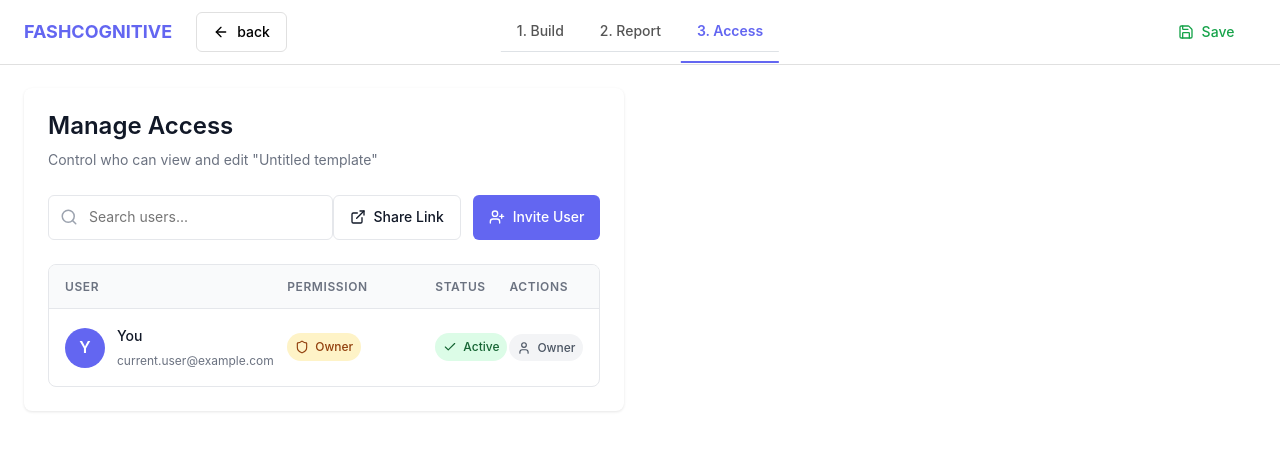
Repository: loganand612/fashcognitive-intern
Page: /ct (app in fash/), after clicking the first element matching `div.nav-tabs > :nth-child(3)`
These files come from the project's save history. The page is drawn as it stood at one moment and after the next save; the edit follows.
The browser window is 1280 px wide. The pictures show the whole page.
The project was rebuilt for these pictures with package versions that can differ from the ones it lists, and the page was loaded fresh each time. Also part of the build but not shown: fash/src/pages/Login.css, fash/src/pages/Register.css, fash/src/pages/Template.css, fash/src/pages/Home.tsx, fash/src/pages/Login.tsx, fash/src/pages/Register.tsx, fash/src/pages/Home2.tsx, fash/src/pages/Dashboard.tsx and 1 more. Imported but missing from the stored project, and not drawn on this page: fash/src/pages/assets/head1.mp4.

Above is the page before, as saved 2025-04-13 22:03:53.

### fash/src/index.tsx
import React from 'react';
import ReactDOM from 'react-dom/client';

// Import third-party styles first
import 'bootstrap/dist/css/bootstrap.min.css';
import '@fortawesome/fontawesome-free/css/all.min.css';

// Import page-specific styles last
import './pages/Home.css';
import './pages/Home2.css';
import './pages/Login.css';
import './pages/Register.css';
import './pages/Dashboard.css';
import './pages/Template.css';
import './pages/Create_template.css';

import App from './App';
import reportWebVitals from './reportWebVitals';

const root = ReactDOM.createRoot(
  document.getElementById('root') as HTMLElement
);
root.render(
  <React.StrictMode>
    <App />
  </React.StrictMode>
);

// If you want to start measuring performance in your app, pass a function
// to log results (for example: reportWebVitals(console.log))
// or send to an analytics endpoint. Learn more: https://bit.ly/CRA-vitals
reportWebVitals();

### fash/src/pages/Home.css
/* Reset & Base Styles */
* {
  margin: 0;
  padding: 0;
  box-sizing: border-box;
  font-family: -apple-system, BlinkMacSystemFont, 'Segoe UI', Roboto, sans-serif;
}

body {
  font-family: -apple-system, BlinkMacSystemFont, 'Segoe UI', Roboto, sans-serif;
  background-color: #f8f9fe;
  color: #1f2937;
  line-height: 1.5;
}

/* Layout */
.page-wrapper {
  min-height: 100vh;
  display: flex;
  flex-direction: column;
}

.content-wrapper {
  display: flex;
  flex: 1;
  position: relative;
}

/* Navigation */
.navbar {
  background: white;
  height: 64px;
  padding: 0 2rem;
  box-shadow: 0 1px 3px rgba(0,0,0,0.1);
  display: flex;
  align-items: center;
  justify-content: space-between;
  position: fixed;
  top: 0;
  left: 0;
  right: 0;
  z-index: 1000;
}

.logo {
  font-weight: bold;
  font-size: 1.5rem;
  color: #302d2d;
  text-decoration: none;
  transition: all 0.3s ease;
}

.logo:hover {
  color: #2563eb;
}

.nav-links {
  display: flex;
  gap: 1rem;
  align-items: center;
}

/* Buttons */
.btn {
  padding: 0.5rem 1rem;
  border-radius: 0.375rem;
  border: none;
  cursor: pointer;
  font-size: 0.875rem;
  font-weight: 500;
  text-decoration: none;
  transition: all 0.3s ease;
}

.btn-primary {
  background: #3b82f6;
  color: white;
}

.btn-primary:hover {
  background: #c0ceec;
}

.btn-secondary {
  background: #ffffff;
  border: 1px solid #e5e7eb;
  color: #4b5563;
}

.btn-secondary:hover {
  background: #d2d5da;
}

/* Language Selector */
.language-select {
  position: relative;
}

.language-btn {
  display: flex;
  align-items: center;
  gap: 0.5rem;
  padding: 0.5rem 1rem;
  border: 1px solid #e5e7eb;
  border-radius: 1.5rem;
  background: white;
  cursor: pointer;
  transition: all 0.3s ease;
}

.language-btn:hover {
  border-color: #3b82f6;
}

.language-dropdown {
  position: absolute;
  top: calc(100% + 0.5rem);
  right: 0;
  background: white;
  border-radius: 0.5rem;
  box-shadow: 0 4px 6px rgba(0,0,0,0.1);
  padding: 0.5rem 0;
  display: none;
  min-width: 150px;
  z-index: 1000;
}

.language-select:hover .language-dropdown {
  display: block;
}

.language-option {
  padding: 0.5rem 1rem;
  cursor: pointer;
  transition: all 0.3s ease;
}

.language-option:hover {
  background: #f8f9fe;
  color: #3b82f6;
}

/* Notification Badge */
.notification-badge {
  position: relative;
}

.notification-badge::after {
  content: '';
  position: absolute;
  top: -2px;
  right: -2px;
  width: 8px;
  height: 8px;
  background-color: #ef4444;
  border-radius: 50%;
  border: 2px solid white;
}

/* Sidebar */
.sidebar {
  width: 250px;
  background: white;
  height: calc(100vh - 64px);
  position: fixed;
  top: 64px;
  left: 0;
  padding: 1.5rem 1rem;
  border-right: 1px solid #e5e7eb;
  overflow-y: auto;
  z-index: 100;
}

.sidebar-link {
  display: flex;
  align-items: center;
  padding: 0.75rem 1rem;
  color: #4b5563;
  text-decoration: none;
  border-radius: 0.5rem;
  margin-bottom: 0.5rem;
  transition: all 0.3s ease;
}

.sidebar-link:hover {
  background: #f8f9fe;
  color: #3b82f6;
}

.sidebar-link.active {
  background: #3b82f6;
  color: white;
}

/* Main Content */
.main-content {
  margin-left: 250px;
  margin-top: 64px;
  padding: 5rem;
  width: calc(100% - 250px);
  min-height: calc(100vh - 64px);
}

.landing-content {
  display: flex;
  justify-content: space-between;
  align-items: center;
  gap: 4rem;
  max-width: 1200px;
  margin: 0 auto;
}

.content-left {
  flex: 1;
}

.content-left h1 {
  font-size: 2.5rem;
  color: #1f2937;
  margin-bottom: 2rem;
  line-height: 1.2;
}

.feature-list {
  list-style: none;
}

.feature-list li {
  display: flex;
  align-items: center;
  gap: 1rem;
  margin-bottom: 1rem;
  color: #4b5563;
}

.feature-list li::before {
  content: "";
  width: 20px;
  height: 20px;
  background: #3b82f6;
  border-radius: 50%;
  opacity: 0.2;
}

.qr-container {
  background: white;
  padding: 1rem;
  border-radius: 20px;
  box-shadow: 0 10px 15px rgba(0,0,0,0.1);
  transition: all 0.3s ease;
}

.qr-container:hover {
  transform: translateY(-5px);
  box-shadow: 0 4px 6px rgba(0,0,0,0.1);
}

.qr-code {
  width: 100%;
  max-width: 300px;
}

/* Footer */
.footer {
  background: white;
  padding: 5rem 7rem;
  margin-top: auto;
  margin-left: 250px;
}

.footer-content {
  max-width: 1500px;
  margin: 0 auto;
  display: grid;
  grid-template-columns: repeat(4, 1fr);
  gap: 2rem;
}

.footer-section h3 {
  color: #3b82f6;
  margin-bottom: 1rem;
  font-size: 1.1rem;
}

.footer-section ul {
  list-style: none;
}

.footer-section ul li {
  margin-bottom: 0.5rem;
}

.footer-section ul li a {
  color: #4b5563;
  text-decoration: none;
  transition: all 0.3s ease;
}

.footer-section ul li a:hover {
  color: #3b82f6;
}

.footer-bottom {
  max-width: 1200px;
  margin: 2rem auto 0;
  padding-top: 6rem;
  border-top: 1px solid #e5e7eb;
  text-align: center;
}

.store-buttons {
  display: flex;
  justify-content: center;
  gap: 1rem;
  margin-top: 1rem;
}

.store-buttons img {
  height: 40px;
  transition: all 0.3s ease;
}

.store-buttons img:hover {
  transform: translateY(-2px);
}

/* Mobile Menu Button */
.mobile-menu-btn {
  display: none;
  padding: 0.5rem;
  cursor: pointer;
  background: none;
  border: none;
}

/* Responsive Design */
@media (max-width: 1024px) {
  .sidebar {
      width: 200px;
  }

  .main-content {
      margin-left: 200px;
      width: calc(100% - 200px);
  }

  .footer {
      margin-left: 200px;
  }
}

@media (max-width: 768px) {
  .navbar {
      padding: 0 1rem;
  }

  .mobile-menu-btn {
      display: block;
  }

  .nav-links {
      display: none;
  }

  .nav-links.active {
      display: flex;
      flex-direction: column;
      position: absolute;
      top: 64px;
      left: 0;
      right: 0;
      background: white;
      padding: 1rem;
      box-shadow: 0 4px 6px rgba(0,0,0,0.1);
  }

  .sidebar {
      transform: translateX(-100%);
      transition: transform 0.3s ease;
  }

  .sidebar.active {
      transform: translateX(0);
  }

  .main-content,
  .footer {
      margin-left: 0;
      width: 100%;
  }

  .landing-content {
      flex-direction: column;
      text-align: center;
      padding: 1rem;
  }

  .content-left h1 {
      font-size: 2rem;
  }

  .footer-content {
      grid-template-columns: repeat(2, 1fr);
  }
}

@media (max-width: 480px) {
  .footer-content {
      grid-template-columns: 1fr;
  }
}

### fash/src/pages/Dashboard.css
.dashboard-container {
  display: flex;
  flex-direction: column;
  min-height: 100vh;
}

/* Navbar */
.navbar {
  position: fixed;
  top: 0;
  left: 0;
  right: 0;
  height: 64px;
  background: white;
  border-bottom: 1px solid #e5e7eb;
  display: flex;
  align-items: center;
  justify-content: space-between;
  padding: 0 24px;
  z-index: 50;
}

.navbar-brand {
  font-size: 20px;
  font-weight: 600;
}

.navbar-actions {
  display: flex;
  gap: 8px;
}

.nav-button {
  padding: 8px;
  background: none;
  border: none;
  border-radius: 8px;
  color: #6b7280;
  cursor: pointer;
  transition: all 0.2s;
}

.nav-button:hover {
  background-color: #f3f4f6;
  color: #111827;
}

.nav-icon {
  width: 20px;
  height: 20px;
}

/* Sidebar */
.sidebar {
  position: fixed;
  top: 64px;
  left: 0;
  width: 250px;
  height: calc(100vh - 64px);
  background: white;
  border-right: 1px solid #e5e7eb;
  padding: 16px 12px;
  overflow-y: auto;
}

.sidebar-nav {
  display: flex;
  flex-direction: column;
  gap: 2px;
}

.nav-link {
  display: flex;
  align-items: center;
  padding: 8px 12px;
  color: #6b7280;
  text-decoration: none;
  border-radius: 6px;
  transition: all 0.2s;
}

.nav-link:hover {
  background-color: #f3f4f6;
  color: #111827;
}

.nav-link .nav-icon {
  margin-right: 12px;
}

/* Main Content */
.main-content {
  margin-left: 250px;
  margin-top: 64px;
  padding: 32px;
  background-color: #f9fafb;
  min-height: calc(100vh - 64px);
}

/* Header Section */
.header-section {
  display: flex;
  justify-content: space-between;
  align-items: center;
  margin-bottom: 24px;
}

.page-title {
  font-size: 24px;
  font-weight: 600;
  color: #111827;
}

.user-tags {
  display: flex;
  align-items: center;
  gap: 8px;
}

.user-tag {
  display: flex;
  align-items: center;
  justify-content: center;
  min-width: 32px;
  height: 32px;
  padding: 0 12px;
  background-color: #f3f4f6;
  border-radius: 16px;
  font-size: 14px;
  font-weight: 500;
  color: #374151;
}

.user-count {
  display: flex;
  align-items: center;
  justify-content: center;
  height: 32px;
  padding: 0 12px;
  background-color: #f3f4f6;
  border-radius: 16px;
  font-size: 14px;
  font-weight: 500;
  color: #374151;
}

.add-user-button {
  height: 32px;
  padding: 0 16px;
  background-color: #111827;
  color: white;
  border: none;
  border-radius: 16px;
  font-size: 14px;
  font-weight: 500;
  cursor: pointer;
  transition: background-color 0.2s;
}

.add-user-button:hover {
  background-color: #1f2937;
}

/* Summary Cards */
.summary-cards {
  display: grid;
  grid-template-columns: repeat(3, 1fr);
  gap: 24px;
  margin-bottom: 32px;
}

.summary-card {
  background: white;
  border: 1px solid #e5e7eb;
  border-radius: 12px;
  padding: 24px;
  display: flex;
  align-items: center;
  justify-content: space-between;
}

.card-content {
  display: flex;
  align-items: center;
  gap: 16px;
}

.card-icon {
  width: 48px;
  height: 48px;
  background: #f3f4f6;
  border-radius: 8px;
  display: flex;
  align-items: center;
  justify-content: center;
}

.card-icon .icon {
  width: 24px;
  height: 24px;
  color: #374151;
}

.card-info {
  display: flex;
  flex-direction: column;
}

.card-count {
  font-size: 24px;
  font-weight: 600;
  color: #111827;
  line-height: 1.2;
}

.card-label {
  font-size: 14px;
  color: #6b7280;
}

.card-sublabel {
  font-size: 12px;
  color: #9ca3af;
  margin-top: 2px;
}

.card-arrow {
  width: 20px;
  height: 20px;
  color: #9ca3af;
}

/* Recent Activity */
.recent-activity {
  background: white;
  border: 1px solid #e5e7eb;
  border-radius: 12px;
  overflow: hidden;
}

.section-title {
  font-size: 18px;
  font-weight: 600;
  color: #111827;
  padding: 20px 24px;
  border-bottom: 1px solid #e5e7eb;
}

.activity-list {
  display: flex;
  flex-direction: column;
}

.activity-item {
  display: flex;
  align-items: center;
  justify-content: space-between;
  padding: 16px 24px;
  border-bottom: 1px solid #e5e7eb;
}

.activity-item:last-child {
  border-bottom: none;
}

.activity-info {
  display: flex;
  flex-direction: column;
  gap: 4px;
}

.activity-title {
  font-size: 14px;
  font-weight: 500;
  color: #111827;
}

.activity-meta {
  display: flex;
  gap: 16px;
}

.meta-type,
.meta-date {
  font-size: 14px;
  color: #6b7280;
}

.status-badge {
  padding: 4px 12px;
  border-radius: 16px;
  font-size: 14px;
  font-weight: 500;
}

.status-badge.completed {
  background-color: #f3f4f6;
  color: #111827;
}

.status-badge.in-progress {
  background-color: #f3f4f6;
  color: #6b7280;
}

/* Responsive */
@media (max-width: 1024px) {
  .summary-cards {
    grid-template-columns: repeat(2, 1fr);
  }
}

@media (max-width: 768px) {
  .summary-cards {
    grid-template-columns: 1fr;
  }

  .sidebar {
    width: 64px;
  }

  .nav-link span {
    display: none;
  }

  .main-content {
    margin-left: 64px;
  }
}

### fash/src/App.tsx
import { BrowserRouter as Router, Route, Routes } from 'react-router-dom';
import Home from './pages/Home';
import Login from './pages/Login';
import Register from './pages/Register';
import Home2 from './pages/Home2';
import Create_template from './pages/Create_template';
import Dashboard from './pages/Dashboard';
import Template from './pages/Template_page';

function App() {
    return (
        <div className="app-container">
            <Router>
                <div className="page-container">
                    <div className="content-container">
                        <Routes>
                            <Route path="/" element={<Home2 />} />
                            <Route path="/login" element={<Login />} />
                            <Route path="/register" element={<Register />} />
                            <Route path="/homee" element={<Home />} />
                            <Route path="/ct" element={<Create_template />} />
                            <Route path="/dashboard" element={<Dashboard />} />
                            <Route path="template" element={<Template />} />
                        </Routes>
                    </div>
                </div>
            </Router>
        </div>
    );
}

export default App;

### fash/src/reportWebVitals.ts
import { onCLS, onFID, onFCP, onLCP, onTTFB } from 'web-vitals';

const reportWebVitals = (onPerfEntry?: (metric: any) => void) => {
  if (onPerfEntry && onPerfEntry instanceof Function) {
    onCLS(onPerfEntry);
    onFID(onPerfEntry);
    onFCP(onPerfEntry);
    onLCP(onPerfEntry);
    onTTFB(onPerfEntry);
  }
};

export default reportWebVitals;

### fash/src/components/AccessManager.css
.access-manager {
  max-width: 1200px;
  margin: 0 auto;
  padding: 24px;
  background-color: #fff;
  border-radius: 8px;
  box-shadow: 0 1px 3px rgba(0, 0, 0, 0.1);
}

.access-header {
  margin-bottom: 24px;
}

.access-header h2 {
  font-size: 24px;
  font-weight: 600;
  color: #111827;
  margin-bottom: 8px;
}

.access-header p {
  font-size: 14px;
  color: #6b7280;
}

.access-actions {
  display: flex;
  justify-content: space-between;
  align-items: center;
  margin-bottom: 24px;
}

.search-container {
  position: relative;
  flex: 1;
  max-width: 400px;
}

.search-icon {
  position: absolute;
  left: 12px;
  top: 50%;
  transform: translateY(-50%);
  color: #9ca3af;
}

.search-input {
  width: 100%;
  padding: 10px 12px 10px 40px;
  border: 1px solid #e5e7eb;
  border-radius: 6px;
  font-size: 14px;
  outline: none;
  transition: border-color 0.2s;
}

.search-input:focus {
  border-color: #6366f1;
  box-shadow: 0 0 0 2px rgba(99, 102, 241, 0.1);
}

.action-buttons {
  display: flex;
  gap: 12px;
}

.invite-button, .share-link-button {
  display: flex;
  align-items: center;
  gap: 8px;
  padding: 10px 16px;
  border-radius: 6px;
  font-size: 14px;
  font-weight: 500;
  cursor: pointer;
  transition: all 0.2s;
}

.invite-button {
  background-color: #6366f1;
  color: white;
  border: none;
}

.invite-button:hover {
  background-color: #4f46e5;
}

.share-link-button {
  background-color: white;
  color: #111827;
  border: 1px solid #e5e7eb;
}

.share-link-button:hover {
  background-color: #f9fafb;
  border-color: #d1d5db;
}

.share-link-container {
  margin-bottom: 24px;
  padding: 16px;
  background-color: #f9fafb;
  border: 1px solid #e5e7eb;
  border-radius: 8px;
}

.share-link-header {
  display: flex;
  justify-content: space-between;
  align-items: center;
  margin-bottom: 12px;
}

.share-link-header h3 {
  font-size: 16px;
  font-weight: 600;
  color: #111827;
  margin: 0;
}

.close-button {
  background: none;
  border: none;
  color: #6b7280;
  cursor: pointer;
  padding: 4px;
  border-radius: 4px;
  display: flex;
  align-items: center;
  justify-content: center;
}

.close-button:hover {
  background-color: #f3f4f6;
  color: #111827;
}

.share-link-container p {
  font-size: 14px;
  color: #6b7280;
  margin-bottom: 12px;
}

.share-link-input {
  display: flex;
  gap: 8px;
}

.share-link-input input {
  flex: 1;
  padding: 10px 12px;
  border: 1px solid #e5e7eb;
  border-radius: 6px;
  font-size: 14px;
  background-color: white;
  color: #111827;
}

.share-link-input button {
  display: flex;
  align-items: center;
  gap: 8px;
  padding: 10px 16px;
  background-color: white;
  color: #111827;
  border: 1px solid #e5e7eb;
  border-radius: 6px;
  font-size: 14px;
  font-weight: 500;
  cursor: pointer;
  transition: all 0.2s;
}

.share-link-input button:hover {
  background-color: #f9fafb;
  border-color: #d1d5db;
}

.invite-form {
  margin-bottom: 24px;
  padding: 24px;
  background-color: white;
  border: 1px solid #e5e7eb;
  border-radius: 8px;
  box-shadow: 0 4px 6px -1px rgba(0, 0, 0, 0.1);
}

.invite-form-header {
  display: flex;
  justify-content: space-between;
  align-items: center;
  margin-bottom: 16px;
}

.invite-form-header h3 {
  font-size: 18px;
  font-weight: 600;
  color: #111827;
  margin: 0;
}

.form-group {
  margin-bottom: 16px;
}

.form-group label {
  display: flex;
  align-items: center;
  gap: 4px;
  font-size: 14px;
  font-weight: 500;
  color: #374151;
  margin-bottom: 8px;
}

.info-button {
  background: none;
  border: none;
  color: #6b7280;
  cursor: pointer;
  padding: 2px;
  border-radius: 50%;
  display: flex;
  align-items: center;
  justify-content: center;
}

.info-button:hover {
  color: #111827;
  background-color: #f3f4f6;
}

.email-input {
  position: relative;
}

.email-icon {
  position: absolute;
  left: 12px;
  top: 50%;
  transform: translateY(-50%);
  color: #9ca3af;
}

.email-input input {
  width: 100%;
  padding: 10px 12px 10px 40px;
  border: 1px solid #e5e7eb;
  border-radius: 6px;
  font-size: 14px;
  outline: none;
  transition: border-color 0.2s;
}

.email-input input:focus {
  border-color: #6366f1;
  box-shadow: 0 0 0 2px rgba(99, 102, 241, 0.1);
}

.form-group select {
  width: 100%;
  padding: 10px 12px;
  border: 1px solid #e5e7eb;
  border-radius: 6px;
  font-size: 14px;
  background-color: white;
  color: #111827;
  outline: none;
  transition: border-color 0.2s;
  appearance: none;
  background-image: url("data:[embedded picture, 228 characters]");
  background-repeat: no-repeat;
  background-position: right 12px center;
  background-size: 16px;
}

.form-group select:focus {
  border-color: #6366f1;
  box-shadow: 0 0 0 2px rgba(99, 102, 241, 0.1);
}

.permission-details {
  margin-bottom: 16px;
  padding: 16px;
  background-color: #f9fafb;
  border: 1px solid #e5e7eb;
  border-radius: 6px;
}

.permission-item {
  margin-bottom: 12px;
}

.permission-item:last-child {
  margin-bottom: 0;
}

.permission-item h4 {
  font-size: 14px;
  font-weight: 600;
  color: #111827;
  margin: 0 0 4px 0;
}

.permission-item p {
  font-size: 12px;
  color: #6b7280;
  margin: 0;
}

.invite-actions {
  display: flex;
  justify-content: flex-end;
  gap: 12px;
  margin-top: 24px;
}

.cancel-button, .send-invite-button {
  padding: 10px 16px;
  border-radius: 6px;
  font-size: 14px;
  font-weight: 500;
  cursor: pointer;
  transition: all 0.2s;
}

.cancel-button {
  background-color: white;
  color: #111827;
  border: 1px solid #e5e7eb;
}

.cancel-button:hover {
  background-color: #f9fafb;
  border-color: #d1d5db;
}

.send-invite-button {
  background-color: #6366f1;
  color: white;
  border: none;
}

.send-invite-button:hover {
  background-color: #4f46e5;
}

.send-invite-button:disabled {
  background-color: #c7d2fe;
  cursor: not-allowed;
}

.users-list-container {
  border: 1px solid #e5e7eb;
  border-radius: 8px;
  overflow: hidden;
}

.users-list-header {
  display: grid;
  grid-template-columns: 3fr 2fr 1fr 1fr;
  padding: 12px 16px;
  background-color: #f9fafb;
  border-bottom: 1px solid #e5e7eb;
}

.users-list-header > div {
  font-size: 12px;
  font-weight: 600;
  color: #6b7280;
  text-transform: uppercase;
  letter-spacing: 0.05em;
}

.users-list {
  max-height: 500px;
  overflow-y: auto;
}

.user-item {
  display: grid;
  grid-template-columns: 3fr 2fr 1fr 1fr;
  padding: 16px;
  border-bottom: 1px solid #e5e7eb;
  align-items: center;
}

.user-item:last-child {
  border-bottom: none;
}

.user-info {
  display: flex;
  align-items: center;
  gap: 12px;
}

.user-avatar {
  width: 40px;
  height: 40px;
  border-radius: 50%;
  overflow: hidden;
  flex-shrink: 0;
}

.user-avatar img {
  width: 100%;
  height: 100%;
  object-fit: cover;
}

.avatar-placeholder {
  width: 100%;
  height: 100%;
  background-color: #6366f1;
  color: white;
  display: flex;
  align-items: center;
  justify-content: center;
  font-size: 16px;
  font-weight: 600;
}

.user-details {
  overflow: hidden;
}

.user-name {
  font-size: 14px;
  font-weight: 500;
  color: #111827;
  margin-bottom: 4px;
  white-space: nowrap;
  overflow: hidden;
  text-overflow: ellipsis;
}

.user-email {
  font-size: 12px;
  color: #6b7280;
  white-space: nowrap;
  overflow: hidden;
  text-overflow: ellipsis;
}

.permission-badge {
  display: inline-flex;
  align-items: center;
  gap: 6px;
  padding: 4px 8px;
  border-radius: 16px;
  font-size: 12px;
  font-weight: 500;
}

.permission-badge.owner {
  background-color: #fef3c7;
  color: #92400e;
}

.permission-badge.admin {
  background-color: #dbeafe;
  color: #1e40af;
}

.permission-badge.editor {
  background-color: #dcfce7;
  color: #166534;
}

.permission-badge.viewer {
  background-color: #f3f4f6;
  color: #4b5563;
}

.permission-select {
  width: 100%;
  padding: 6px 8px;
  border: 1px solid #e5e7eb;
  border-radius: 4px;
  font-size: 12px;
  background-color: white;
  color: #111827;
  outline: none;
}

.status-badge {
  display: inline-flex;
  align-items: center;
  gap: 6px;
  padding: 4px 8px;
  border-radius: 16px;
  font-size: 12px;
  font-weight: 500;
}

.status-badge.active {
  background-color: #dcfce7;
  color: #166534;
}

.status-badge.pending {
  background-color: #fef3c7;
  color: #92400e;
}

.status-badge.expired {
  background-color: #fee2e2;
  color: #b91c1c;
}

.user-actions {
  display: flex;
  align-items: center;
  gap: 8px;
  justify-content: flex-end;
}

.edit-button, .delete-button, .save-button {
  background: none;
  border: none;
  width: 32px;
  height: 32px;
  border-radius: 4px;
  display: flex;
  align-items: center;
  justify-content: center;
  color: #6b7280;
  cursor: pointer;
  transition: all 0.2s;
}

.edit-button:hover {
  background-color: #f3f4f6;
  color: #111827;
}

.save-button {
  color: #16a34a;
}

.save-button:hover {
  background-color: #dcfce7;
}

.delete-button:hover {
  background-color: #fee2e2;
  color: #b91c1c;
}

.owner-badge {
  display: inline-flex;
  align-items: center;
  gap: 6px;
  padding: 4px 8px;
  border-radius: 16px;
  font-size: 12px;
  font-weight: 500;
  background-color: #f3f4f6;
  color: #4b5563;
}

.no-users {
  display: flex;
  flex-direction: column;
  align-items: center;
  justify-content: center;
  padding: 48px 0;
  color: #6b7280;
  gap: 16px;
}

.no-users p {
  font-size: 14px;
  margin: 0;
}

/* Responsive styles */
@media (max-width: 768px) {
  .access-actions {
    flex-direction: column;
    align-items: stretch;
    gap: 16px;
  }

  .search-container {
    max-width: none;
  }

  .users-list-header, .user-item {
    grid-template-columns: 2fr 1fr 1fr;
  }

  .permission-column {
    display: none;
  }

  .user-permission {
    display: none;
  }
}

@media (max-width: 640px) {
  .users-list-header, .user-item {
    grid-template-columns: 2fr 1fr;
  }

  .status-column {
    display: none;
  }

  .user-status {
    display: none;
  }

  .user-info {
    flex-direction: column;
    align-items: flex-start;
    gap: 4px;
  }

  .user-avatar {
    width: 32px;
    height: 32px;
  }
}

Loaded but not shown: fash/public/index.html (common file); fash/src/pages/Create_template.tsx (2764 lines, source omitted); fash/src/pages/Create_template.css (2722 lines, source omitted); fash/src/pages/Home2.css (1263 lines, source omitted); fash/src/components/AccessManager.tsx (423 lines, source omitted)

After the next save:
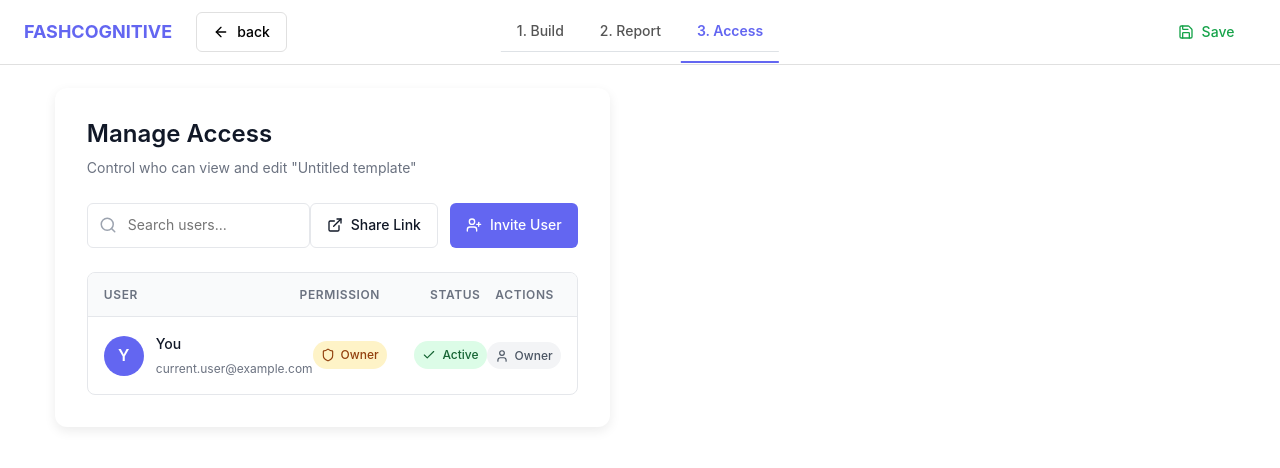
Saved 11 h 5 min later.
--- a/fash/src/components/AccessManager.css
+++ b/fash/src/components/AccessManager.css
@@ -1,10 +1,11 @@
 .access-manager {
-  max-width: 1200px;
+  width: 90%;
+  max-width: 1400px;
   margin: 0 auto;
-  padding: 24px;
+  padding: 32px;
   background-color: #fff;
-  border-radius: 8px;
-  box-shadow: 0 1px 3px rgba(0, 0, 0, 0.1);
+  border-radius: 12px;
+  box-shadow: 0 4px 12px rgba(0, 0, 0, 0.08);
 }
 
 .access-header {
